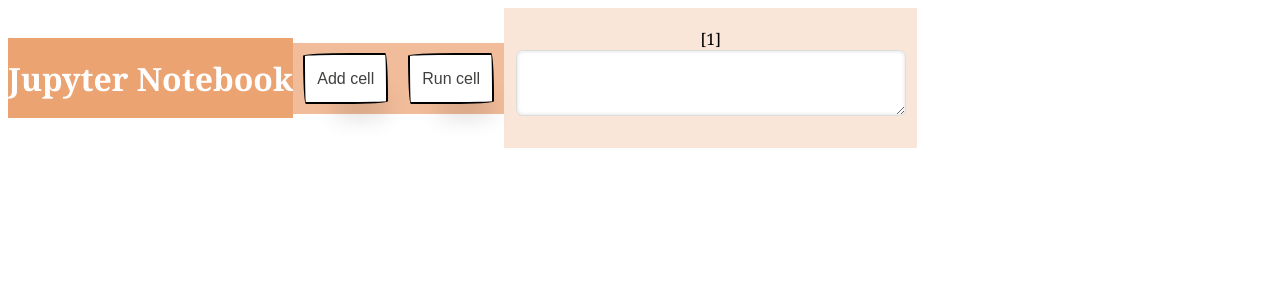
Repository: lingzi-liu/jupyter_notebook_prototype
Page: http://localhost/
These files come from the project's save history. The page is drawn as it stood at one moment and after the next save; the edit follows.
The browser window is 1280 px wide. The pictures show the whole page.
The page is served by the project's application, run on Flask 3 (app.py).

Above is the page before, as saved 2022-11-13 12:23:48.

### templates/index.html
<!DOCTYPE html>
<html lang="en">

<head>
    <meta charset="UTF-8">
    <meta http-equiv="X-UA-Compatible" content="IE=edge">
    <meta name="viewport" content="width=device-width, initial-scale=1.0">
    <link rel="stylesheet" href="../static/styles/style.css">
    <script defer src="../static/scripts/command_handler.js"></script>
    <script defer src="../static/scripts/add_cell.js"></script>
    <title>Jupter Notebook</title>
</head>

<body>
    <!-- Navigation Bar -->
    <div id="nav">
        <h1>Jupyter Notebook</h1>
    </div>


    <!-- Button Bar -->
    <div id="commands">
        <!-- Add Cell allows you to add new code cells -->
        <!--Triggering a function addCell() when clicked -->
        <button onclick="addCell()">Add cell</button>
        <!-- Run Cell allows you to run the code in a selected cell -->
        <!--Triggering a function runCell() when clicked -->
        <button onclick="runCell()" id="run">Run cell</button>
    </div>


    <!-- Cell list -->
    <div id="cell-list">
        <!-- Each cell is in separate division -->
        <!-- When clicked, the current cell should become the selected cell by triggering the function selectedCell(this) -->
        <div class="cell" id="1" onclick="selecteCell(this)">
            <h4>[1]</h4>
            <textarea onkeyup="do_resize(this);"></textarea>

            <!--a paragraph component below the cell box for the error message or result, if there is one
            -->
            <p></p>
        </div>
    </div>
</body>

</html>

### app.py
# Step1
from flask import Flask, request, render_template

from contextlib import redirect_stdout
import io
import ast # stands for abstract syntax tree

app = Flask(__name__)

# Step 3: Create a function evaluate_code(code) that takes in a string and returns the output
def evaluate_code(code):
    # Step2: Parse the input code
    parsed = ast.parse(code)


    # Context manager for temporarily redirecting sys.stdout to another file or file-like object.
    with redirect_stdout(io.StringIO()) as f:
        try:
            #
            for input in parsed.body:
                if type(input) == ast.Expr:
                    # eval() allows you to evaluate arbitrary Python expressions from a string-based or compiled-code-based input.
                    # diff: eval() only execute or evaluate expressions
                    result = eval(compile(ast.Expression(input.value), "<string>", "eval"), globals())
                    # show appropiate result
                    if result:
                        print(result)
                else:
                    # exec()can execute any piece of Python code.
                    exec(compile(ast.Module(body=[input], type_ignores=[]), "<string>", "exec"), globals())
        # If there is an exception, in the result print the exception with an error message
        except Exception as e:
            print('Error Occured!')
            print(e.__class__.__name__ + ' : ')
            print(e)


    return f.getvalue()


# Create a default ‘GET’ route for your flask object that directs you to the html page
@app.route('/',methods=['GET'])
def index():
    # Flask template
    # put index.html in templates folder otherwise it will throw a render_template error
    return render_template('index.html')

# Create ‘POST’ route that uses an evaluate function
@app.route('/evaluate', methods=['POST'])
def evaluate():
    # Step2: Extract the command from the json input
    data = request.json
    code = data['command']
    return {'result': evaluate_code(code)}

if __name__== '__main__':
    # set debug to true to see the log and applied changes
    app.run(port=8002, debug = True)

### static/styles/style.css
body {
  width: 80%;
  display: flex;
  align-items: center;
}

#nav {
  height: 80px;
  background-color: rgba(228, 126, 58, 0.712);
  font-weight: bold;
  display: flex;
  align-items: center;
}

#nav h1 {
  margin: auto;
  color: white;
  font-family: Georgia, 'Times New Roman', Times, serif;
  text-align: center;
}

#commands {
  background-color: rgba(228, 126, 58, 0.516);
  display: flex;
  justify-content: space-around;
}

#commands button {
  margin: 10px;
  align-self: center;
  background-color: #fff;
  background-image: none;
  background-position: 0 90%;
  background-repeat: repeat no-repeat;
  background-size: 4px 3px;
  border-radius: 15px 225px 255px 15px 15px 255px 225px 15px;
  border-style: solid;
  border-width: 2px;
  box-shadow: rgba(0, 0, 0, .2) 15px 28px 25px -18px;
  box-sizing: border-box;
  color: #41403e;
  cursor: pointer;
  display: inline-block;
  font-family: Neucha, sans-serif;
  font-size: 1rem;
  line-height: 23px;
  outline: none;
  padding: .75rem;
  text-decoration: none;
  transition: all 235ms ease-in-out;
  border-bottom-left-radius: 15px 255px;
  border-bottom-right-radius: 225px 15px;
  border-top-left-radius: 255px 15px;
  border-top-right-radius: 15px 225px;
  user-select: none;
  -webkit-user-select: none;
  touch-action: manipulation;
}

#commands button:hover {
  box-shadow: rgba(0, 0, 0, .3) 2px 8px 8px -5px;
  transform: translate3d(0, 2px, 0);
}

#commands button:focus {
  box-shadow: rgba(0, 0, 0, .3) 2px 8px 4px -6px;
}

.cell {
  padding-top: 20px;
  margin: auto;
  align-items: center;
  display: flex;
  flex-flow: row wrap;
  justify-content: space-around;
}

#cell-list .cell:hover {
  background-color: rgba(228, 126, 58, 0.195);
}

#cell-list .cell textarea {
  border-radius: 0.4rem;
  border: 1px solid #ddd;
  padding: 0.5rem;
  color: #666;
  box-shadow: inset 0 0 0.25rem #ddd;
  font-family: Georgia, 'Times New Roman', Times, serif;
  font-size: large;
  width: 90%;

}

#cell-list .cell textarea:focus {
  outline: none;
  border: 1px solid darken(#ddd, 5%);
  box-shadow: inset 0 0 0.5rem darken(#ddd, 5%);
}

#cell-list .cell h4 {
  display: inline-block;
  margin: 0;
  padding: 0 10px;
  font-weight: lighter;
  font-family: Georgia, 'Times New Roman', Times, serif;
}

#cell-list .cell p {
  width: 100%;
  font-family: Georgia, 'Times New Roman', Times, serif;
  margin-left: 120px;
}

### static/scripts/command_handler.js
// runCell() takes the code in the cell and outputs the result if there is a result or the error if there is an error
function runCell() {
    // disable the button from being run again until we process the current code
    runButton = document.getElementById('run');
    runButton.disabled = true;

    cellNum = document.getElementById(selectedCellNumber);
    // get text from the textarea
    text = cellNum.children[1].value;

    // Send the text to the python backend as a command
    // get the response from post request
    fetch('/evaluate', {
        method: 'POST',
        headers: {
            'Content-Type': 'application/json'
        },
        body: JSON.stringify({
            command: text
        })
    }).then((response) => response.json()).then((data) => {
        // Insert the response below the respective code cell as a string
        cellNum.children[2].innerText = data.result;

        // enable the button again
        runButton.disabled = false;
    });
}

### static/scripts/add_cell.js
let selectedCellNumber = 1; //  the id of the currently selected cell
let maxCellNumber = 1; // the total number of cells

// adjusts the size of the text box depending on the text input.
// If the text input becomes larger than the current size of the textbox
// then we need to increase the size of the cell.
function do_resize(textbox) {
    var maxrows = 50;
    var txt = textbox.value;
    var cols = textbox.cols;

    var arraytxt = txt.split('\n');
    var rows = arraytxt.length;

    for (i = 0; i < arraytxt.length; i++)
        rows += parseInt(arraytxt[i].length / cols);

    if (rows > maxrows) textbox.rows = maxrows;
    else textbox.rows = rows;
}

// changes the selected cell based on an input cell.
function selecteCell(cell) {
    if (selectedCellNumber) {
        document.getElementById(selectedCellNumber).style.backgroundColor = "white";
    }
    selectedCellNumber = cell.id;
    document.getElementById(selectedCellNumber).style.backgroundColor = "rgba(228, 126, 58, 0.195)";
    console.log('cell selected: ', selectedCellNumber)
}

// Ensure that the selected cell when the page is first opened is the first and only cell on the page
selecteCell(document.getElementById("1"))

// adds a cell below the current cells
function addCell() {
    maxCellNumber++;
    cellList = document.getElementById("cell-list");
    cellList.insertAdjacentHTML('beforeend',
        `<div class="cell" id="${maxCellNumber}" onclick="selecteCell(this)">
            <h4>[${maxCellNumber}]</h4>
            <textarea onkeyup="do_resize(this);"></textarea>
            <p></p>
        </div>`);

    selecteCell(document.getElementById(maxCellNumber));
}

After the next save:
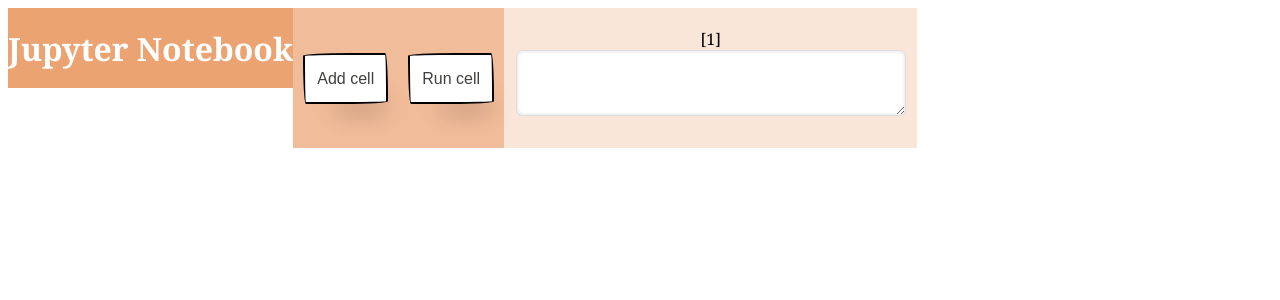
Saved 20 s later.
--- a/static/styles/style.css
+++ b/static/styles/style.css
@@ -1,7 +1,7 @@
 body {
   width: 80%;
   display: flex;
-  align-items: center;
+  v align-items: center;
 }
 
 #nav {

After the save that followed:
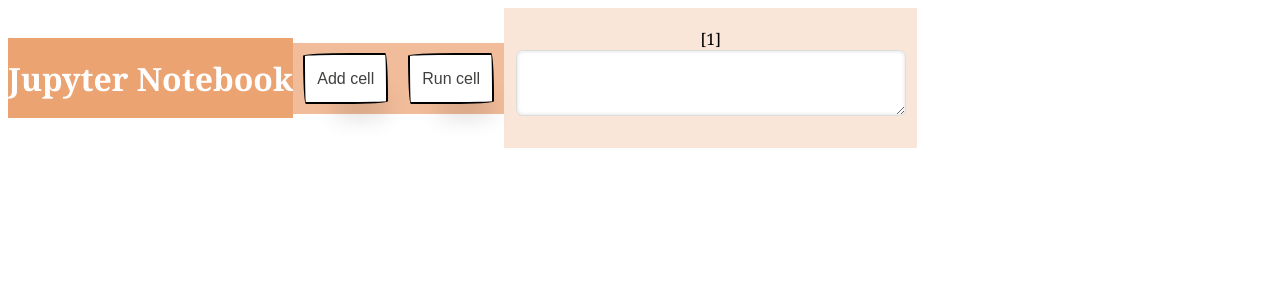
Saved 4 s later.
--- a/static/styles/style.css
+++ b/static/styles/style.css
@@ -1,7 +1,8 @@
 body {
   width: 80%;
   display: flex;
-  v align-items: center;
+  flex-flow: row wrap;
+  align-items: center;
 }
 
 #nav {
